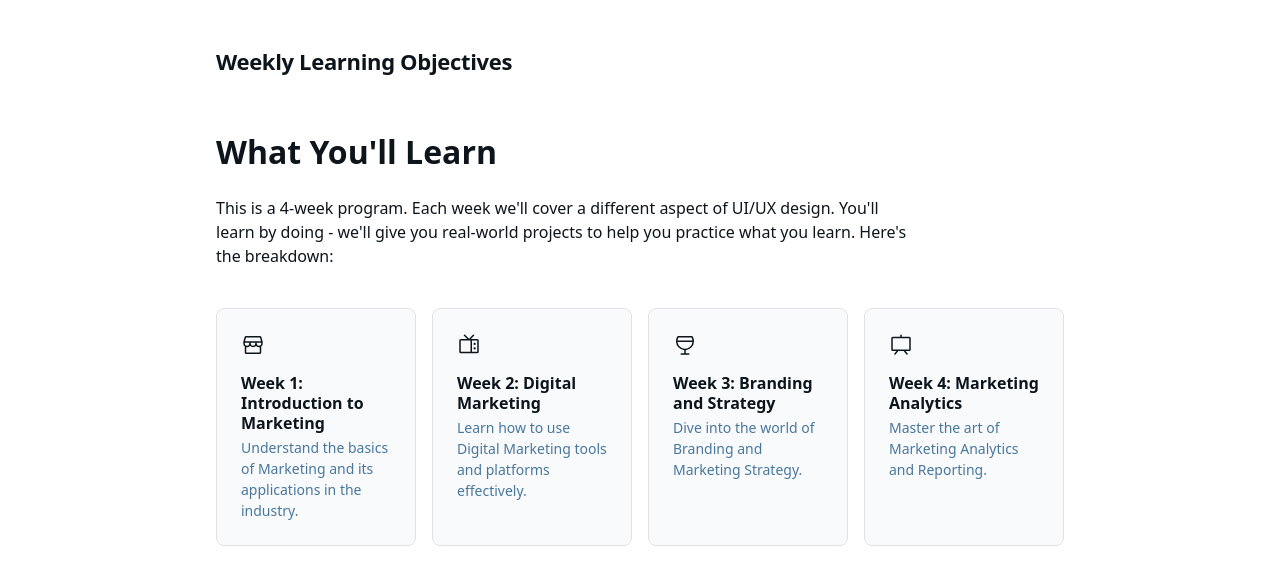
Repository: VickyJulme/fin-page-archesha
Page: /
An editor plug-in stored every save of this project. The page is shown before and after the next save, followed by the edit.
The browser window is 1280 px wide. The pictures show the part of the page from y = 765 to 1415 px (the page is 1351 px tall before and 1415 px after).
The project was rebuilt for these pictures with package versions that can differ from the ones it lists, and the page was loaded fresh each time. Also part of the build but not shown: vite.config.js, src/App.css, src/Component/HR/Hr.jsx, src/Component/DataScience/DataHome.jsx, src/Component/Marketing/Marketing.css, src/Component/Marketing/Marketing.jsx.

Above is the page before, as saved 2024-08-06 16:55:09.

After the next save:
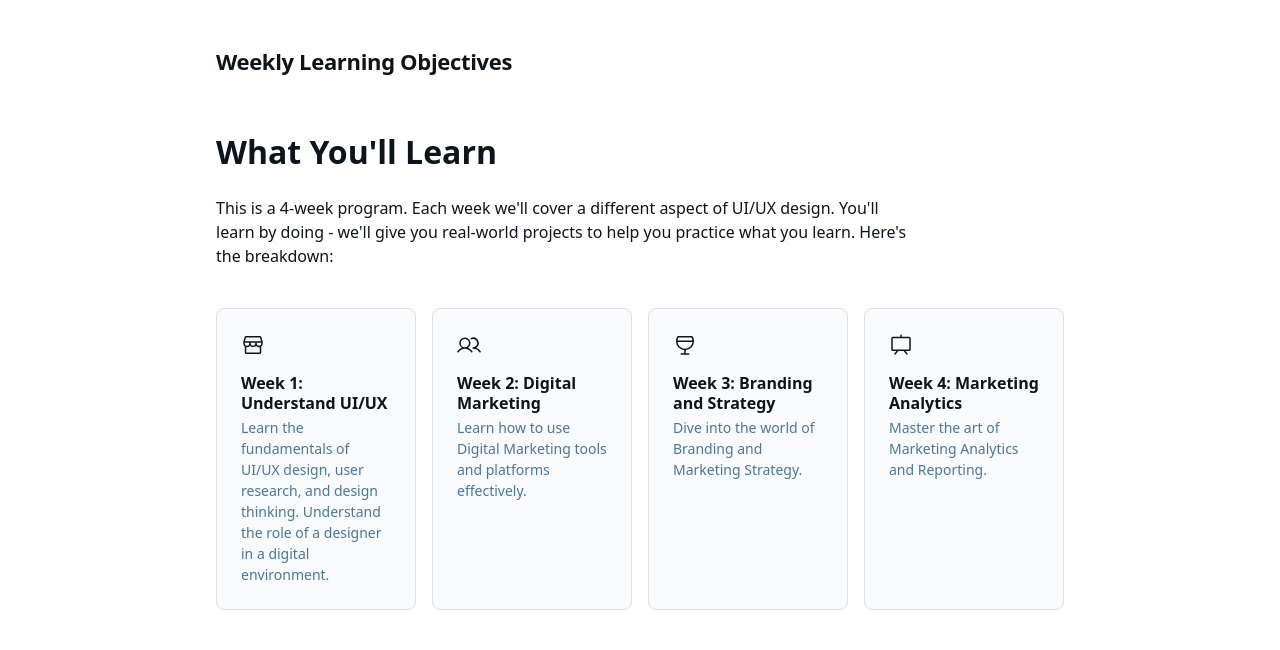
Saved 82 s later.
--- a/src/Component/Design/Ui.jsx
+++ b/src/Component/Design/Ui.jsx
@@ -107,26 +107,21 @@ function Ui() {
                       ></path>
                     </svg>
                 </div>
-                <div className="flex flex-col gap-1">
-                    <h2 className="text-[#0d151c] text-base font-bold leading-tight">Week 1: Introduction to Marketing</h2>
-                    <p className="text-[#49779c] text-sm font-normal leading-normal">Understand the basics of Marketing and its applications in the industry.</p>
+                <div class="flex flex-col gap-1">
+                    <h2 class="text-[#0d151c] text-base font-bold leading-tight">Week 1: Understand UI/UX</h2>
+                    <p class="text-[#49779c] text-sm font-normal leading-normal">
+                      Learn the fundamentals of UI/UX design, user research, and design thinking. Understand the role of a designer in a digital environment.
+                    </p>
                   </div>
-              </div>
-              <div className="flex flex-1 gap-3 rounded-lg border border-[#cedde8] bg-slate-50 p-4 flex-col  hover:shadow-lg hover:shadow-red-300">
-                <div
-                  className="text-[#0d151c]"
-                  data-icon="Person"
-                  data-size="24px"
-                  data-weight="regular"
-                >
-                 <div className="text-[#0d151c]" data-icon="Television" data-size="24px" data-weight="regular">
+                </div>
+                <div class="flex flex-1 gap-3 rounded-lg border border-[#cedde8] bg-slate-50 p-4 flex-col">
+                  <div class="text-[#0d151c]" data-icon="Users" data-size="24px" data-weight="regular">
                     <svg xmlns="http://www.w3.org/2000/svg" width="24px" height="24px" fill="currentColor" viewBox="0 0 256 256">
                       <path
-                        d="M216,64H147.31l34.35-34.34a8,8,0,1,0-11.32-11.32L128,60.69,85.66,18.34A8,8,0,0,0,74.34,29.66L108.69,64H40A16,16,0,0,0,24,80V200a16,16,0,0,0,16,16H216a16,16,0,0,0,16-16V80A16,16,0,0,0,216,64ZM40,80H144V200H40ZM216,200H160V80h56V200Zm-16-84a12,12,0,1,1-12-12A12,12,0,0,1,200,116Zm0,48a12,12,0,1,1-12-12A12,12,0,0,1,200,164Z"
+                        d="M117.25,157.92a60,60,0,1,0-66.5,0A95.83,95.83,0,0,0,3.53,195.63a8,8,0,1,0,13.4,8.74,80,80,0,0,1,134.14,0,8,8,0,0,0,13.4-8.74A95.83,95.83,0,0,0,117.25,157.92ZM40,108a44,44,0,1,1,44,44A44.05,44.05,0,0,1,40,108Zm210.14,98.7a8,8,0,0,1-11.07-2.33A79.83,79.83,0,0,0,172,168a8,8,0,0,1,0-16,44,44,0,1,0-16.34-84.87,8,8,0,1,1-5.94-14.85,60,60,0,0,1,55.53,105.64,95.83,95.83,0,0,1,47.22,37.71A8,8,0,0,1,250.14,206.7Z"
                       ></path>
                     </svg>
-                </div>
-                </div>
+                  </div>
                 <div className="flex flex-col gap-1">
                   <h2 className="text-[#0d151c] text-base font-bold leading-tight">
                     Week 2: Digital Marketing
